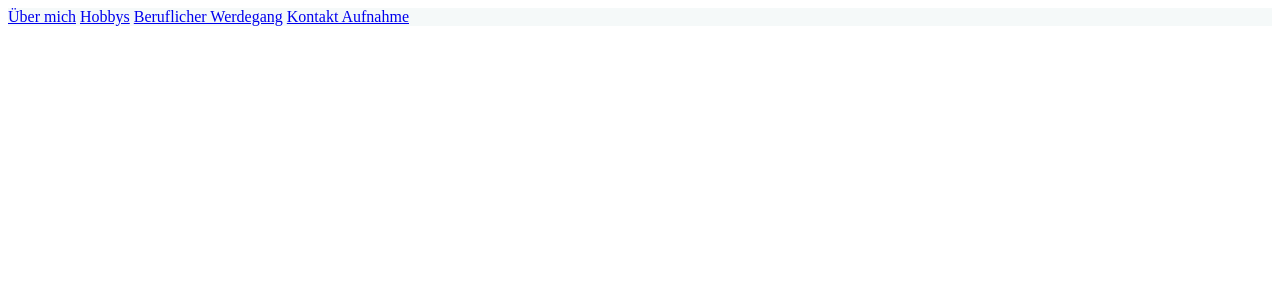
Repository: Ava-VictoriaCrivello/website
Page: index.html
These files come from the project's save history. The page is drawn as it stood at one moment and after the next save; the edit follows.
The browser window is 1280 px wide. The pictures show the whole page.

Above is the page before, as saved 2022-05-29 11:47:32.

### index.html
<!DOCTYPE html>
<html lang="en">
  <head>
    <meta charset="UTF-8" />
    <meta http-equiv="X-UA-Compatible" content="IE=edge" />
    <meta name="viewport" content="width=device-width, initial-scale=1.0" />
    <title>website</title>
    <link rel="stylesheet" href="style.css" />
  </head>
  <body>

    <header>

                <a class="button" href="#aboutme">Über mich</a>
                <a class="button" href="#hobbys">Hobbys</a>
                <a class="button"href="#work">Beruflicher Werdegang</a>
                <a class="button" href="#contact">Kontakt Aufnahme</a>


      </header>


</header>
  </body>
</html>

### style.css
header {
  background-color: rgb(245, 249, 249);
}

After the next save:
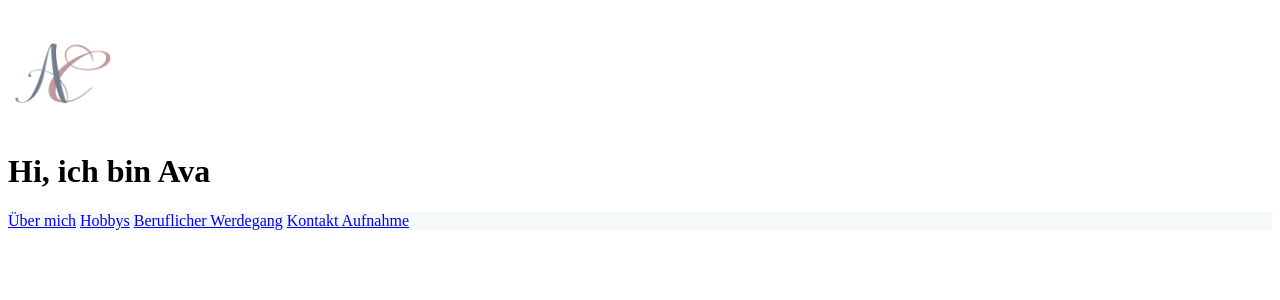
Saved 4 min 5 s later.
--- a/index.html
+++ b/index.html
@@ -8,6 +8,8 @@
     <link rel="stylesheet" href="style.css" />
   </head>
   <body>
+    <img src="logo.png" width="120px", height="">
+    <h1> Hi, ich bin Ava</h1>
 
     <header>
 
